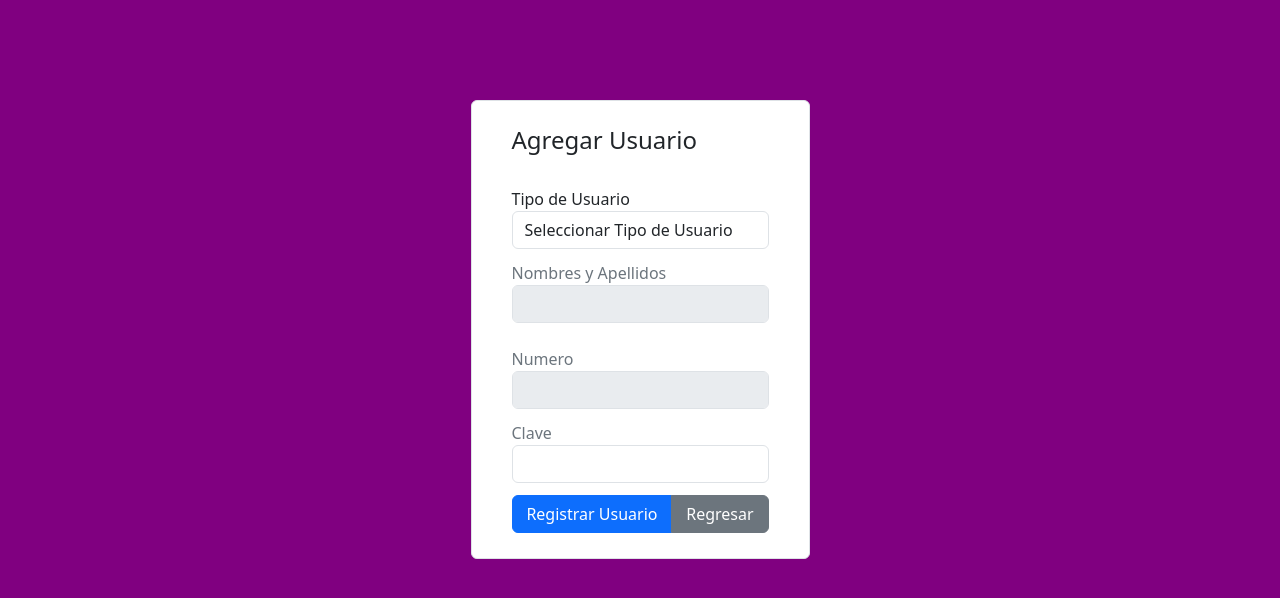
Repository: Gimblet/LP1_Proyecto_Yape
Page: http://localhost/Yape/nuevoUsuario.jsp
An editor plug-in stored every save of this project. The page is shown before and after a run of saves, followed by the edit.
The browser window is 1280 px wide. The pictures show the whole page.
The page is served by Tomcat 9. Other server files are loaded and not shown.

Above is the page before, as saved 2024-05-04 17:33:20.

### Yape/src/main/webapp/nuevoUsuario.jsp
<%@ page language="java" contentType="text/html; charset=ISO-8859-1"
	pageEncoding="ISO-8859-1"%>
<!DOCTYPE html>
<html>
<head>
<meta charset="ISO-8859-1">
<link href="Resources/bootstrap.min.css" rel="stylesheet">
<style>
	body{
		background-color: purple;
	}
	main{
		background-color:white;
		width: max-content;
		margin: auto;
		margin-top: 100px;
	}
	section{
		padding: 25px 40px 25px 40px;
	}
	form{
		display: flex;
		flex-direction: column;
		gap: 12px;
	}
</style>
<title>Nuevo Usuario</title>
</head>
<body>
	<div class="container">
		<main class="border rounded">
			<section>
				<h4>Agregar Usuario</h4>
				<br>
				<form action="Servlet" method="post">
					<div class="form-group">
						<label>Tipo de Usuario</label>
						<select class="form-control" name="cboTipoUsuario" onchange="updateSaldo()">
							<option>Seleccionar Tipo de Usuario</option>
							<option>Admin</option>
							<option>Cliente</option>
						</select>
					</div>
					<div class="form-group">
						<label class="text-secondary">Nombres y Apellidos</label>
						<input class="form-control texts" type="text" name="txtNombreApe" required disabled>
					</div>
					<div class="form-group" id="saldoField">
						<script>
							const texts = document.getElementsByClassName("texts");

							function updateSaldo() {
								//Obtener Variables
								var selectedOption = document.getElementsByName("cboTipoUsuario")[0].value;
								var saldoField = document.getElementById("saldoField");

								//Crear input Saldo si es que Cliente esta selecionado
								if (selectedOption === "Cliente") {
									saldoField.innerHTML = '<label class="text-secondary">Saldo</label><input class="form-control" required name="txtSaldo" type="text">';
									texts.disabled = false;
								} else {
									texts.
									saldoField.innerHTML = '';
								}
							}
						</script>
					</div>
					<div class="form-group">
						<label class="text-secondary">Numero</label>
						<input class="form-control texts" required name="txtNumero" type="text" disabled>
					</div>
					<div class="form-group">
						<label class="text-secondary">Clave</label>
						<input class="form-control" required type="text" name="txtClave">
					</div>
					<div class="btn-group">
						<input class="btn btn-primary" type="submit" name="type" value="Registrar Usuario">
						<a href="Servlet?type=Volver" class="btn btn-secondary">Regresar</a>
					</div>
				</form>
			</section>
		</main>
	</div>
</body>
</html>

Loaded but not shown: Yape/src/main/webapp/Resources/bootstrap.min.css (library)

After the next 2 saves:
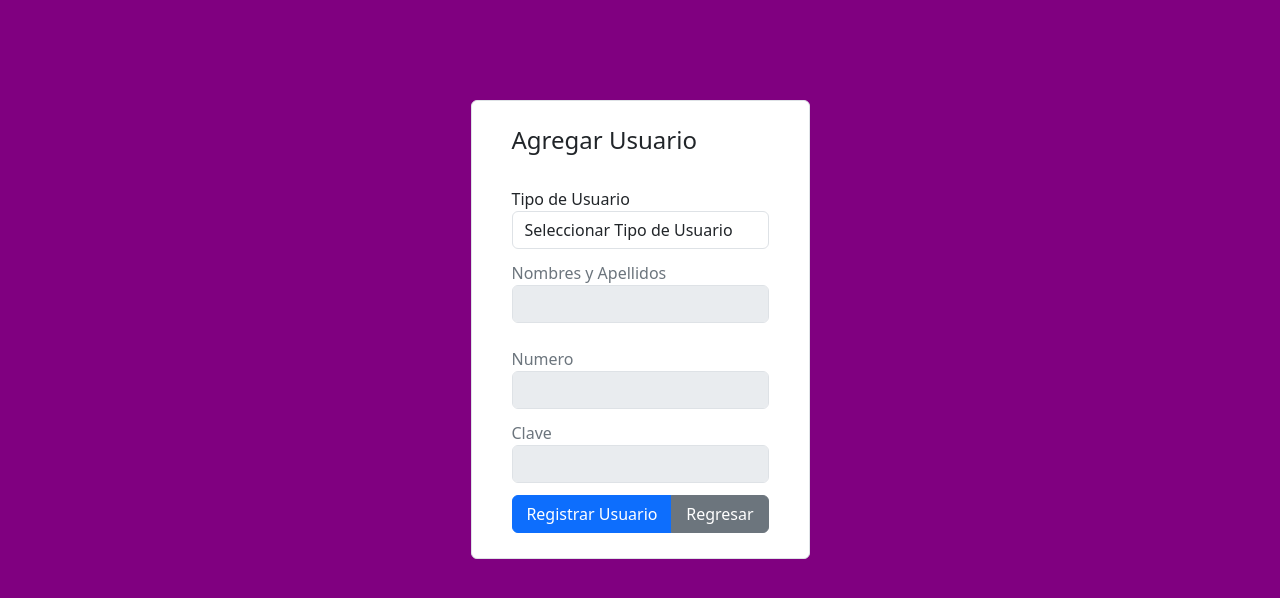
The 2 saves are shown as one change because they came seconds apart.
The last was saved 13 s later.
--- a/Yape/src/main/webapp/nuevoUsuario.jsp
+++ b/Yape/src/main/webapp/nuevoUsuario.jsp
@@ -71,7 +71,7 @@
 					</div>
 					<div class="form-group">
 						<label class="text-secondary">Clave</label>
-						<input class="form-control" required type="text" name="txtClave">
+						<input class="form-control texts" required type="text" name="txtClave" disabled>
 					</div>
 					<div class="btn-group">
 						<input class="btn btn-primary" type="submit" name="type" value="Registrar Usuario">
